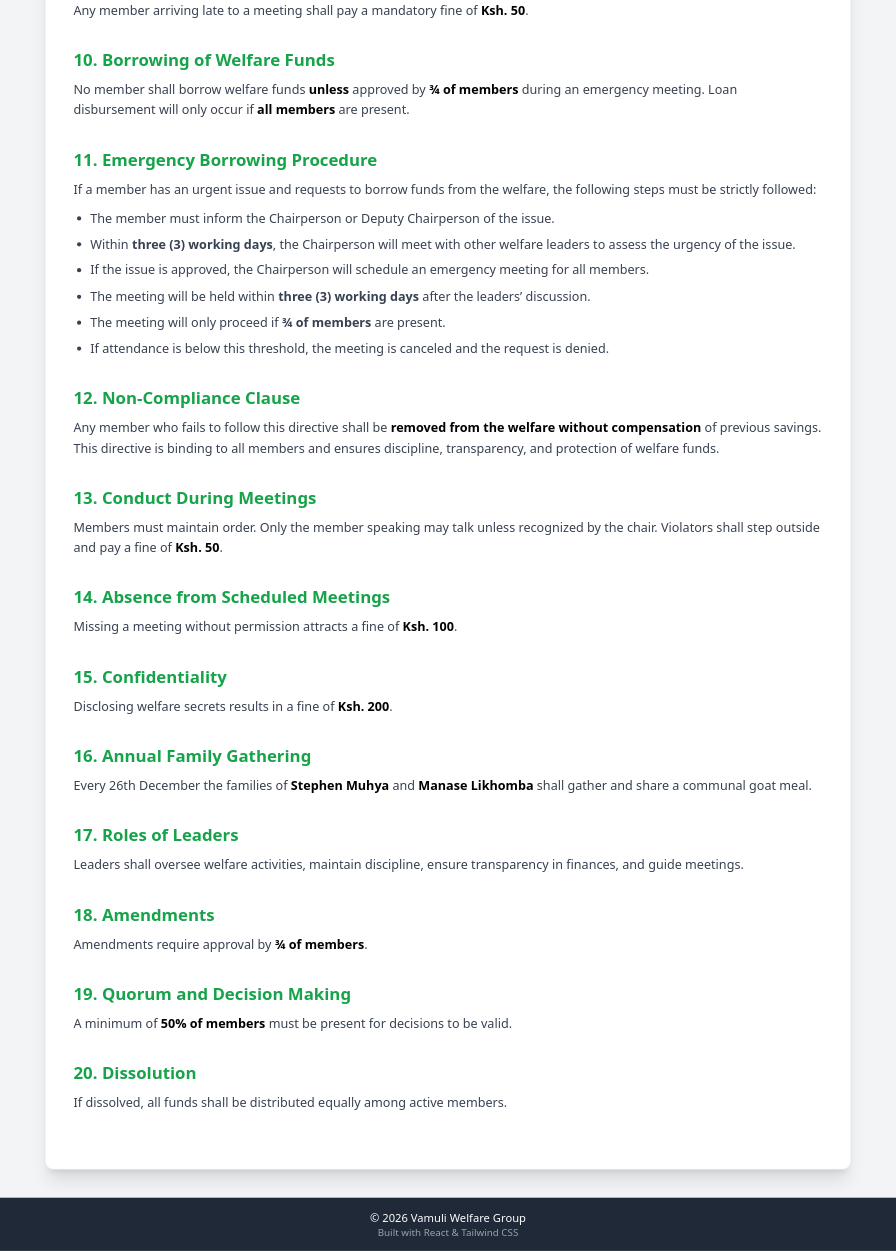
Repository: Engineer-collo/Vamuli-welfare
Page: /constitution
The author's editor kept a copy of each file at every save. The page is drawn from the files as they stood at one save, then again after the next save.
The browser window is 1280 px wide. The pictures show the part of the page from y = 2070 to 3990 px (the page is 3857 px tall before and 3990 px after), at 70% of full size.
The project was rebuilt for these pictures with package versions that can differ from the ones it lists, and the page was loaded fresh each time. Also part of the build but not shown: vite.config.js, src/pages/contributionsData.js, src/pages/Home.jsx, src/pages/Members.jsx, src/pages/ContributionsTable.jsx, src/pages/About.jsx.

Above is the page before, as saved 2026-04-02 14:32:35.

After the next save:
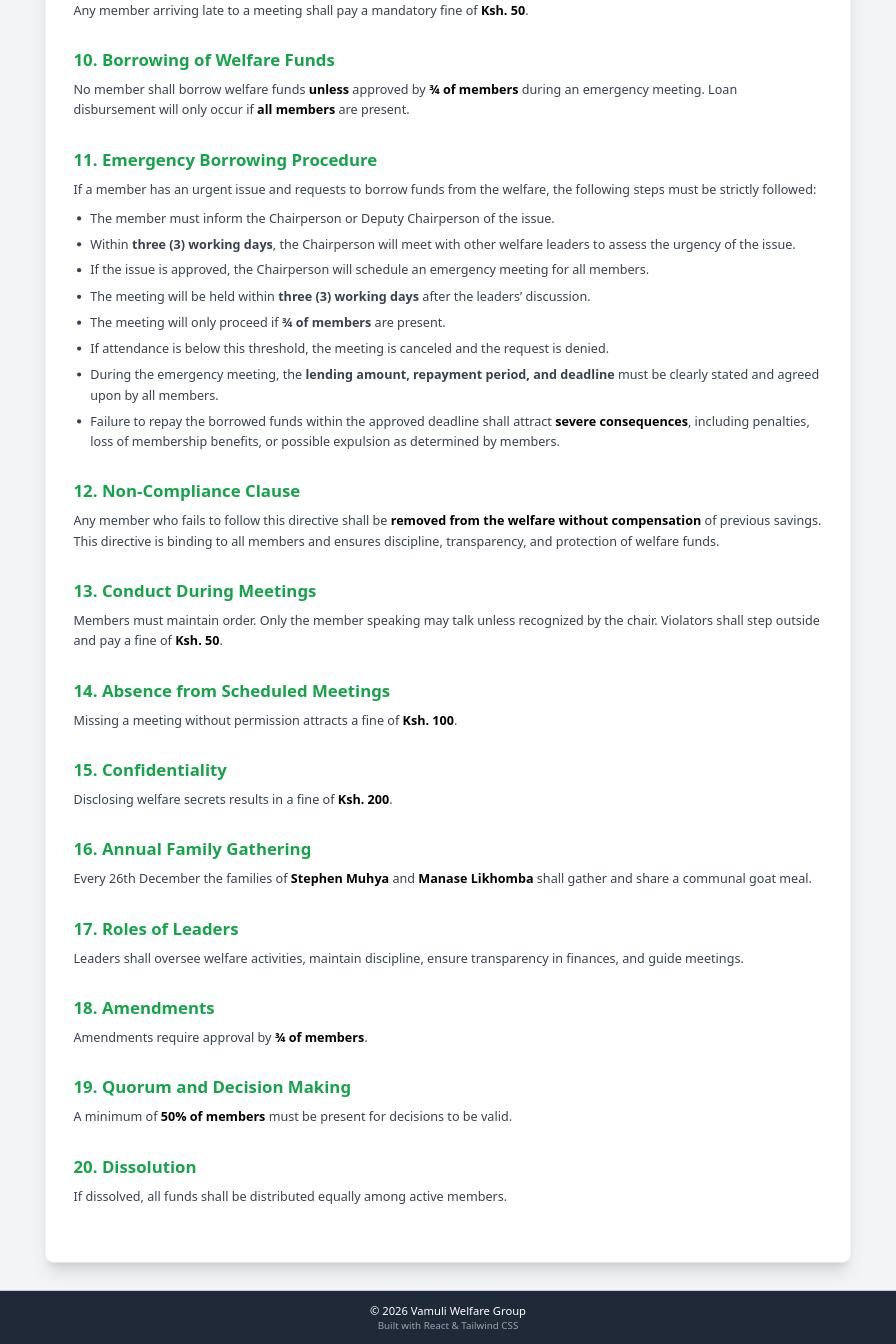
Saved 4 min 52 s later.
--- a/src/pages/WelfareConstituion.jsx
+++ b/src/pages/WelfareConstituion.jsx
@@ -143,6 +143,21 @@ function Constitution() {
               If attendance is below this threshold, the meeting is canceled and
               the request is denied.
             </li>
+            <li>
+              During the emergency meeting, the{" "}
+              <span className="font-semibold">
+                lending amount, repayment period, and deadline
+              </span>{" "}
+              must be clearly stated and agreed upon by all members.
+            </li>
+            <li>
+              Failure to repay the borrowed funds within the approved deadline
+              shall attract{" "}
+              <span className="font-semibold text-black">
+                severe consequences
+              </span>, including penalties, loss of membership benefits, or
+              possible expulsion as determined by members.
+            </li>
           </ul>
         </>
       ),
